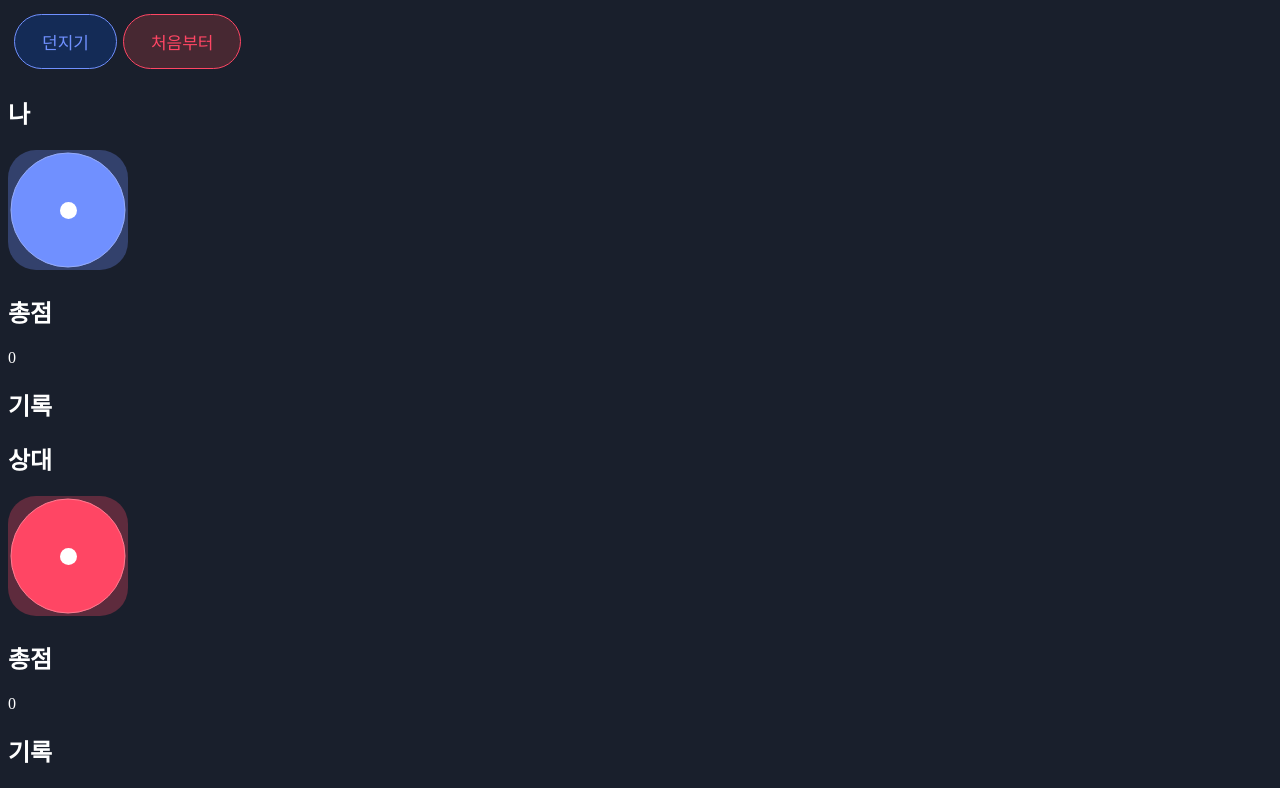
Repository: songjiwon17/React_study
Page: /
The author's editor kept a copy of each file at every save. The page is drawn from the files as they stood at one save, then again after the next save.
The browser window is 1280 px wide. The pictures show the whole page.
The project was rebuilt for these pictures with package versions that can differ from the ones it lists, and the page was loaded fresh each time.

Above is the page before, as saved 2023-09-17 13:45:03.

After the next save:
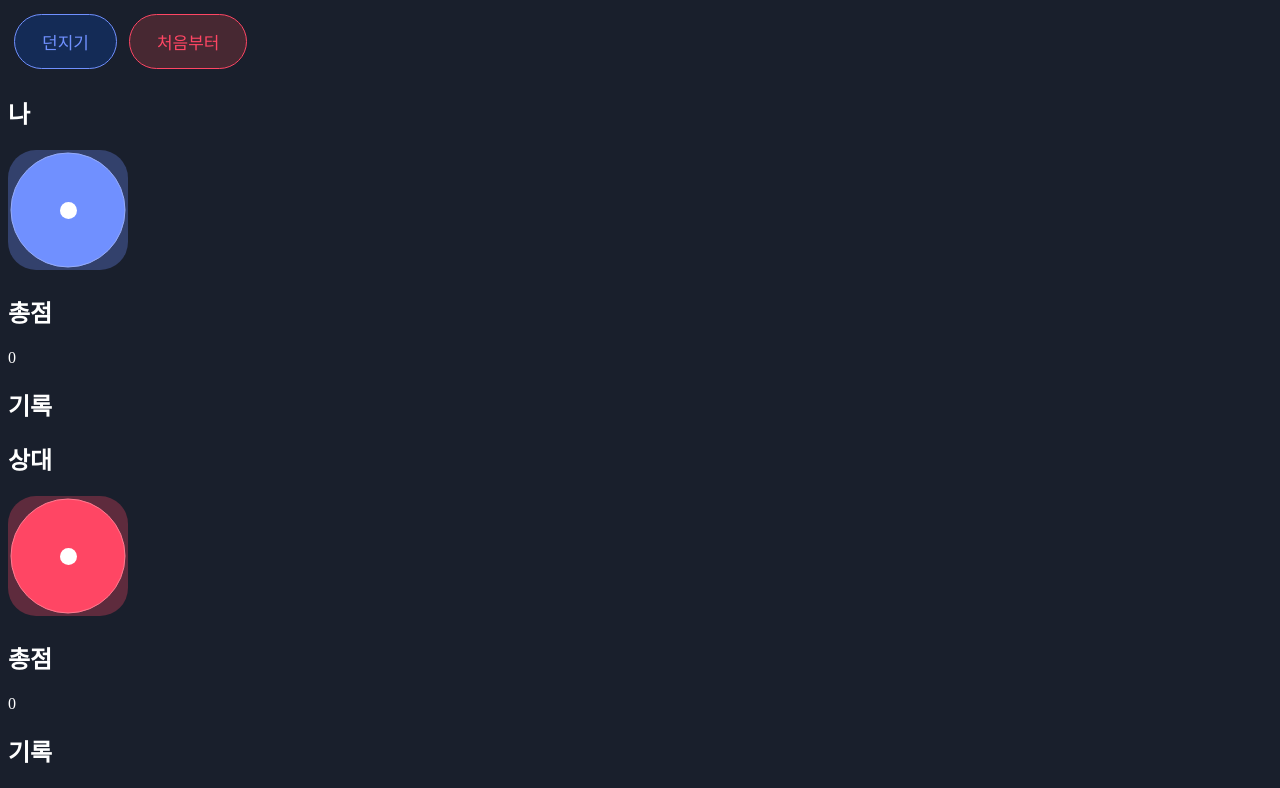
Saved 6 s later.
--- a/src/App.js
+++ b/src/App.js
@@ -26,7 +26,7 @@ function App(){
         <div className="App">
             <div>
                 <Button className="App-button" color='blue' onClick={handleRollClick}>던지기</Button>
-                <Button color='red' onClick={handleClearClick}>처음부터</Button>
+                <Button className="App-button" color='red' onClick={handleClearClick}>처음부터</Button>
             </div>
             <div>
                 <Board name="나" color="blue" gameHistory={myHistory}/>
